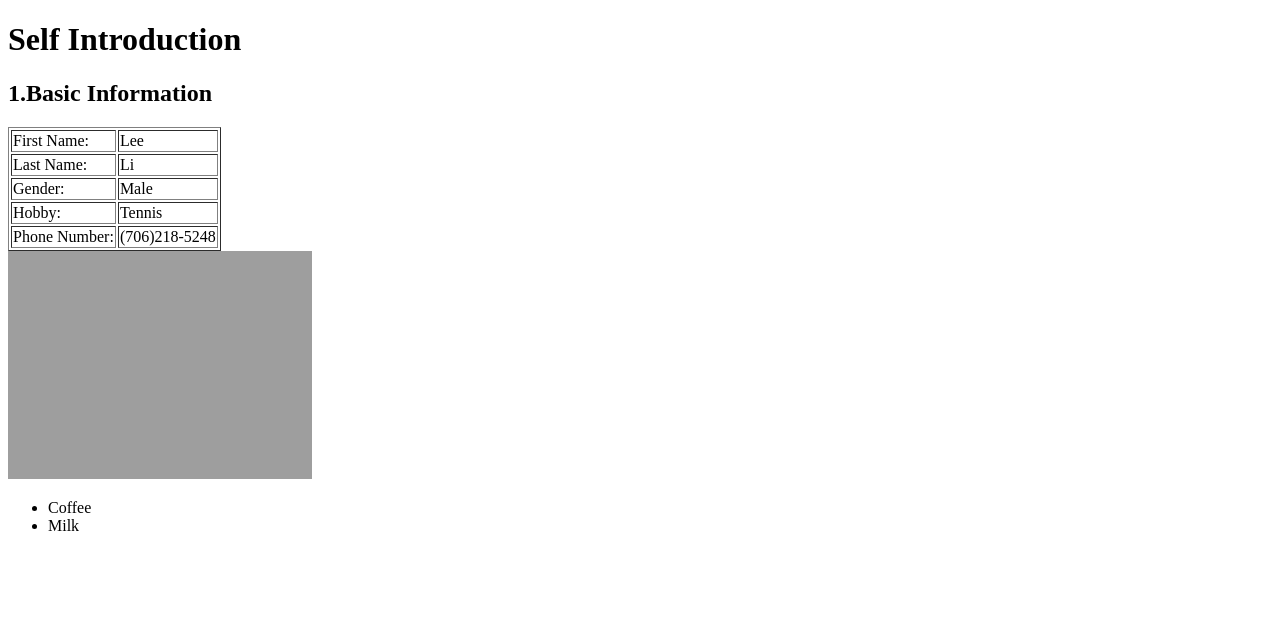
Repository: RigelLM/Java-Learning
Page: HomePage/public/Index.html
These files come from the project's save history. The page is drawn as it stood at one moment and after the next save; the edit follows.
The browser window is 1280 px wide. The pictures show the whole page.
Pictures or frames that could not be fetched are drawn as grey boxes.

Above is the page before, as saved 2023-01-17 17:07:29.

### HomePage/public/Index.html
<?xml version="1.0" encoding="UTF-8" ?>
<!DOCTYPE html PUBLIC "-//W3C//DTD XHTML 1.0 Strict//EN" "http://www.w3.org/TR/xhtml1/DTD/xhtml1-strict.dtd">
<html xmlns="http://www.w3.org/1999/xhtml">
<head>
<meta http-equiv="Content-Type" content="text/html; charset=UTF-8" />



<title>Personal Information</title>
</head>
<body>
<h1>Self Introduction</h1>
<h2>1.Basic Information</h2>
<table border="1">
    <tr>
        <td>First Name:</td><td>Lee</td>
    </tr>
    <tr>
        <td>Last Name:</td><td>Li</td>
    </tr>
    <tr>
        <td>Gender:</td><td>Male</td>
    </tr>
    <tr>
        <td>Hobby:</td><td>Tennis</td>
    </tr>
    <tr>
        <td>Phone Number:</td><td>(706)218-5248</td>
    </tr>
</table>
<img src="pulpit.jpg" alt="Pulpit rock" width="304" height="228">
<ul>
<li>Coffee</li>
<li>Milk</li>
</ul>
</body>
</html>

After the next save:
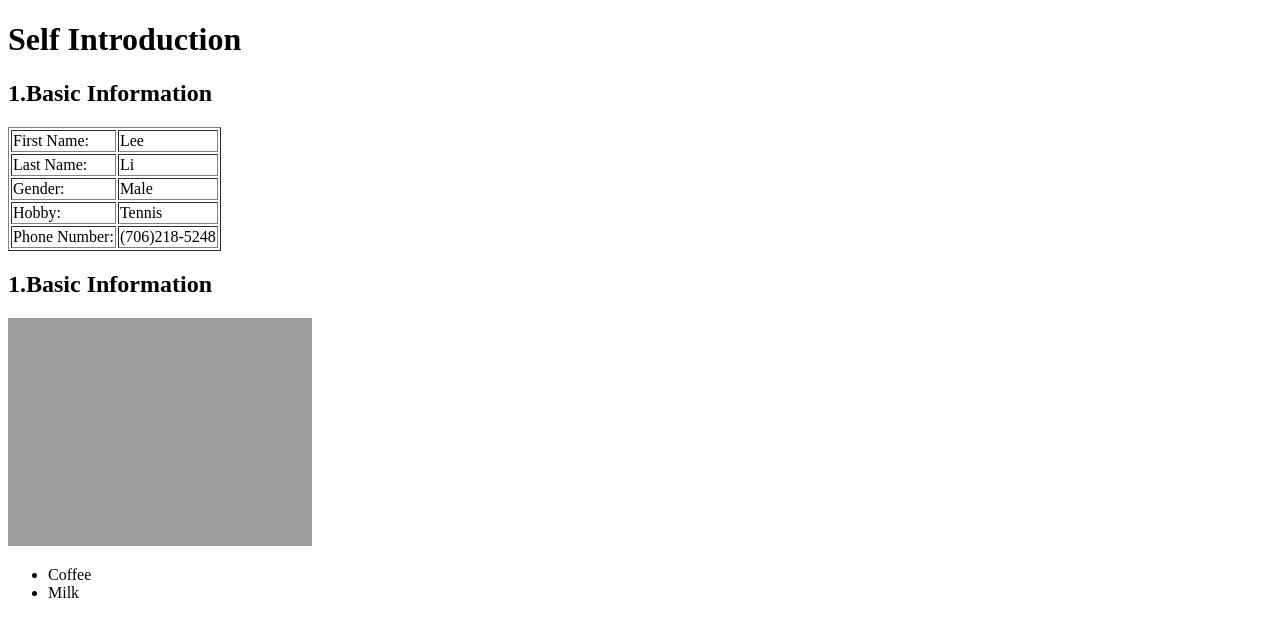
Saved 63 s later.
--- a/HomePage/public/Index.html
+++ b/HomePage/public/Index.html
@@ -28,6 +28,7 @@
         <td>Phone Number:</td><td>(706)218-5248</td>
     </tr>
 </table>
+<h2>1.Basic Information</h2>
 <img src="pulpit.jpg" alt="Pulpit rock" width="304" height="228">
 <ul>
 <li>Coffee</li>
